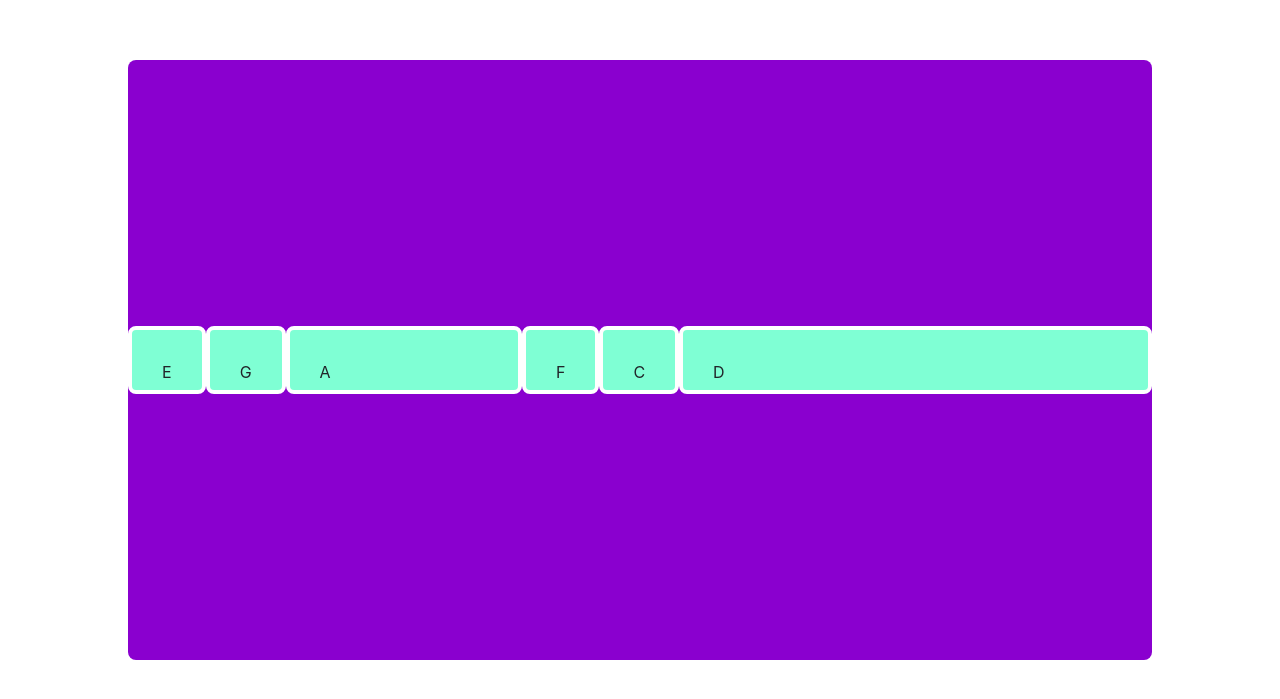
Repository: alessandradiamantino/Curso-Front-End-Design
Page: 1 - Introdução ao HTML e CSS/3 - Layouts, Grids e Flexbox/Bootstrap Grid system/index.html
An editor plug-in stored every save of this project. The page is shown before and after the next save, followed by the edit.
The browser window is 1280 px wide. The pictures show the whole page.

Above is the page before, as saved 2023-04-24 15:07:56.

### 1 - Introdução ao HTML e CSS/3 - Layouts, Grids e Flexbox/Bootstrap Grid system/index.html
<!DOCTYPE html>
<html lang="en">
<head>
  <meta charset="UTF-8">
  <meta http-equiv="X-UA-Compatible" content="IE=edge">
  <meta name="viewport" content="width=device-width, initial-scale=1.0">
  <link rel="stylesheet" href="css/bootstrap.min.css">
  <link rel="stylesheet" href="css/style.css">
  <title>Document</title>
</head>

<body>
 <!--
  <div class="my-box container justify-content-center"> <!-- container responsivo
  <div class="row">
    <div class="col-sm- col-lg-3 div-1">DIV 1</div>
    <div class="col-sm- col-lg-2 div-2">DIV 2</div>
    <div class="col-sm- col-lg-2 div-3">DIV 3</div>
  </div>
   </div>
-->
   <div class="my-container">
    <div class="my-item order-1 grow-2" >
      A
    </div>
    <div class="my-item order-3" >
      C
    </div>
    <div class="my-item order-4 grow-5" >
      D
    </div>
    <div class="my-item ">
      E
    </div>
    <div class="my-item order-2" >
      F
    </div>
    <div class="my-item flex" >
      G
    </div>

   </div>
</body>
</html>

### 1 - Introdução ao HTML e CSS/3 - Layouts, Grids e Flexbox/Bootstrap Grid system/css/style.css
* {
  box-sizing: border-box;
}
body {
  margin: 0;
  padding: 0;
}

.my-box{
  height: 100px;
}

.my-container{
  display: flex;
  width: 80%;
  height: 600px;
  margin: 60px auto;
  background-color: #8a00cf;
  border-radius: 8px;
  /*flex-direction: row;
  flex-wrap: wrap;*/
  flex-flow: row wrap;
  justify-content: space-between;
  align-items: center;
  align-content: center;
}

.my-item {
  height: 50px;
  padding: 30px;
  background-color: aquamarine;
  border-radius: 8px;
  border: 4px solid white;
}

.order-1 {
  order: 1;
}

.order-2 {
  order: 2;
}

.order-3 {
  order: 3;
}

.order-4 {
  order: 4;
}

.grow-1{
  flex-grow: 1;
}

.grow-2{
  flex-grow: 2;
}

.grow-5{
  flex-grow: 5;
}

.shrink-1{
  flex-shrink: 1;
}

.shrink-5{
  flex-shrink: 5;
}
.my-box div {
  background-color: blueviolet;
  height: 80px;
  margin-top: 10px;
}

.my-box .div-1 {
  background-color: aquamarine;
}

.my-box .div-2 {
  background-color: bisque;
}

.my-box .div-3 {
  background-color: cornflowerblue;
}

.flex-grow-3 {
  flex: 3 1 auto;
}

Loaded but not shown: 1 - Introdução ao HTML e CSS/3 - Layouts, Grids e Flexbox/Bootstrap Grid system/css/bootstrap.min.css (library)

After the next save:
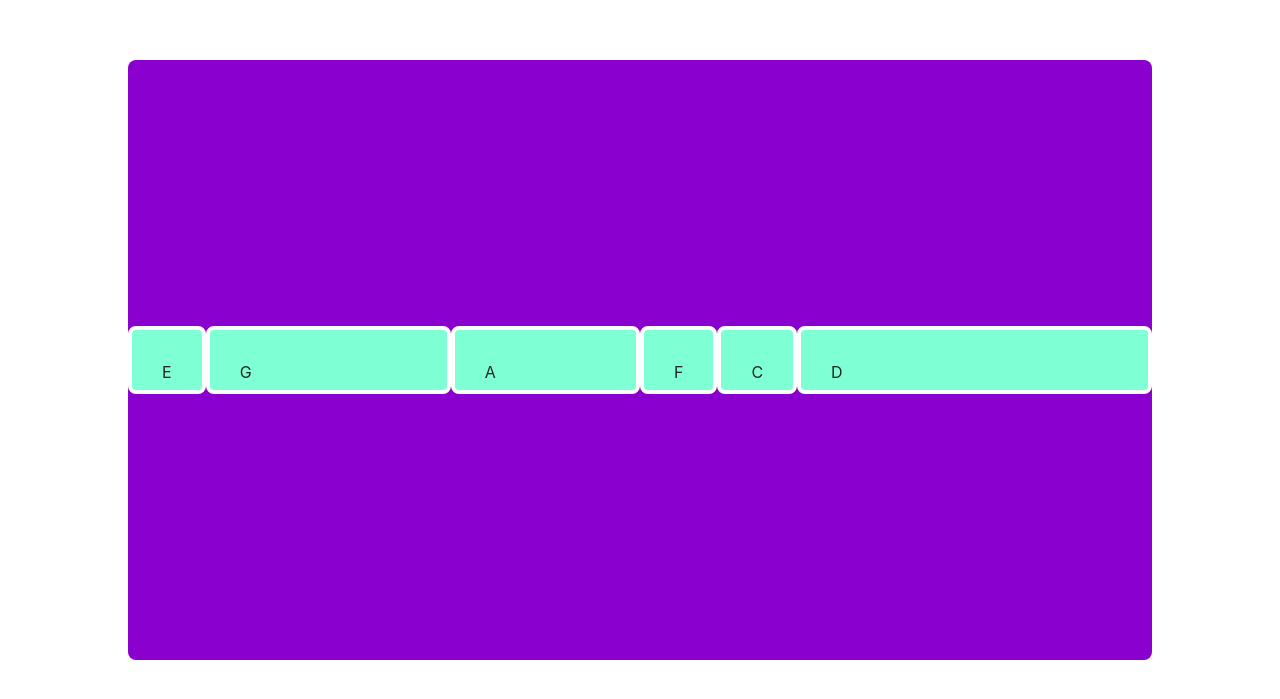
Saved 4 s later.
--- a/1 - Introdução ao HTML e CSS/3 - Layouts, Grids e Flexbox/Bootstrap Grid system/index.html
+++ b/1 - Introdução ao HTML e CSS/3 - Layouts, Grids e Flexbox/Bootstrap Grid system/index.html
@@ -35,7 +35,7 @@
     <div class="my-item order-2" >
       F
     </div>
-    <div class="my-item flex" >
+    <div class="my-item flex-grow-3" >
       G
     </div>
 
